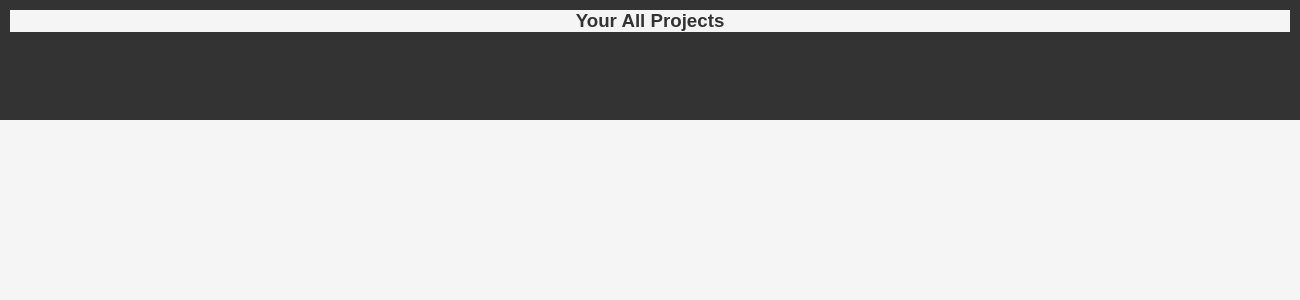
Repository: HAIDAR123654/CodeHuntMvcProject
Page: http://localhost/myportfolio/deleteproject.jsp
The author's editor kept a copy of each file at every save. The page is drawn from the files as they stood at one save, then again after the next save.
The browser window is 1280 px wide. The page is 1300 px wide, then 1280 px, so the pictures cover 1300 px, including what lies to the right of the window. The pictures show the whole page.
The page is served by Tomcat 9. Queries for data that is not in the repository find no rows.

Above is the page before, as saved 2024-01-26 16:59:40.

After the next save:
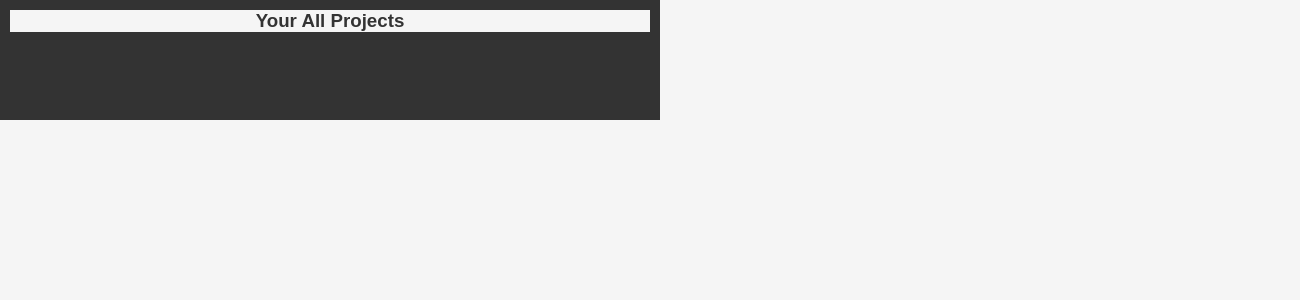
Saved 56 s later.
--- a/myportfolio/src/main/webapp/deleteproject.jsp
+++ b/myportfolio/src/main/webapp/deleteproject.jsp
@@ -23,7 +23,7 @@ header {
 	background-color: #333;
 	padding: 10px;
 	text-align: center;
-	width:100vw;
+	width:50vw;
 	height: 100px;
 }
 
@@ -34,6 +34,7 @@ header {
 	justify-content: center;
 }
  project{
+
  }
 img {
 	width: 300px;
